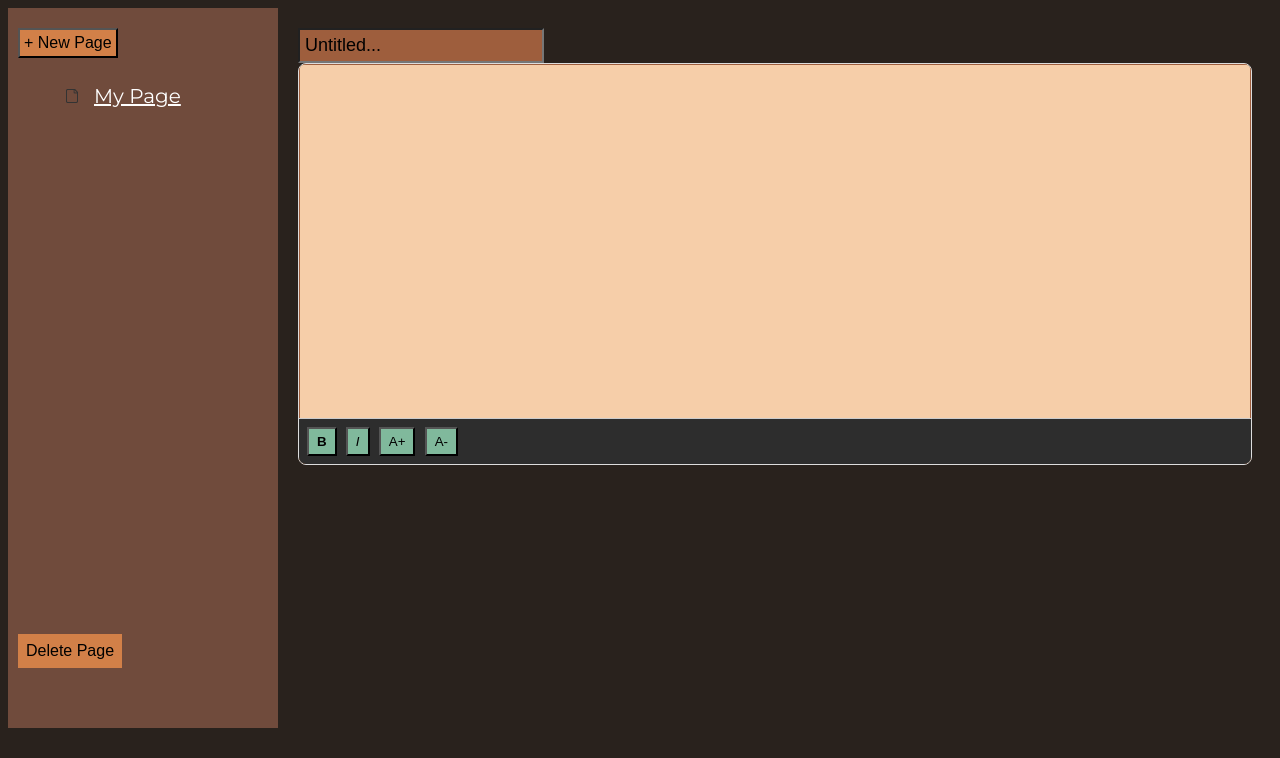
Repository: Dharshinimk-521/notes-app
Page: index.html
These files come from the project's save history. The page is drawn as it stood at one moment and after the next save; the edit follows.
The browser window is 1280 px wide. The pictures show the whole page.

Above is the page before, as saved 2026-04-18 23:12:57.

After the next save:
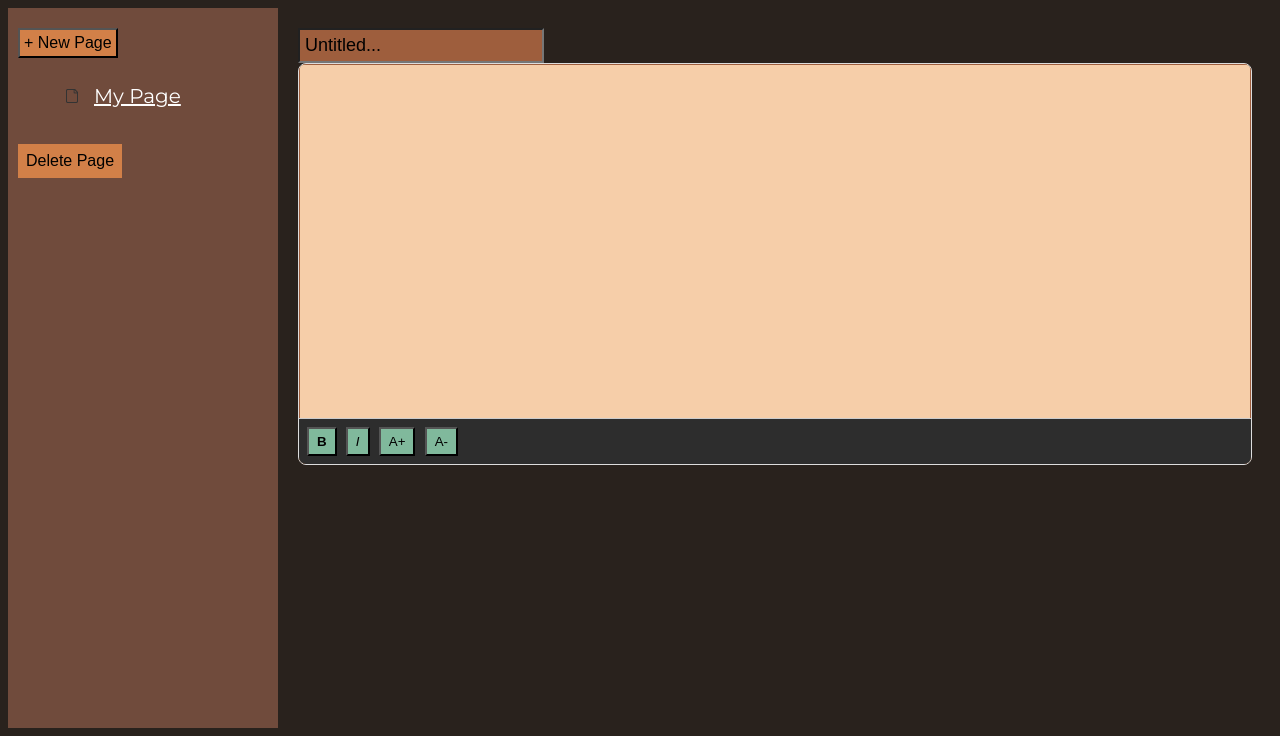
Saved 40 s later.
--- a/style.css
+++ b/style.css
@@ -45,13 +45,13 @@ body{
     opacity: 1
 }
 #deletePageBtn {
-    margin-top: 500px;
-  margin-bottom: 90px;
+  margin-top: 10px;
   background: #D28048;
   color: black;
   border: none;
   padding: 8px;
   cursor: pointer;
+  font-size: 16px;
   font-size: 16px;
 }
 #pageList{
